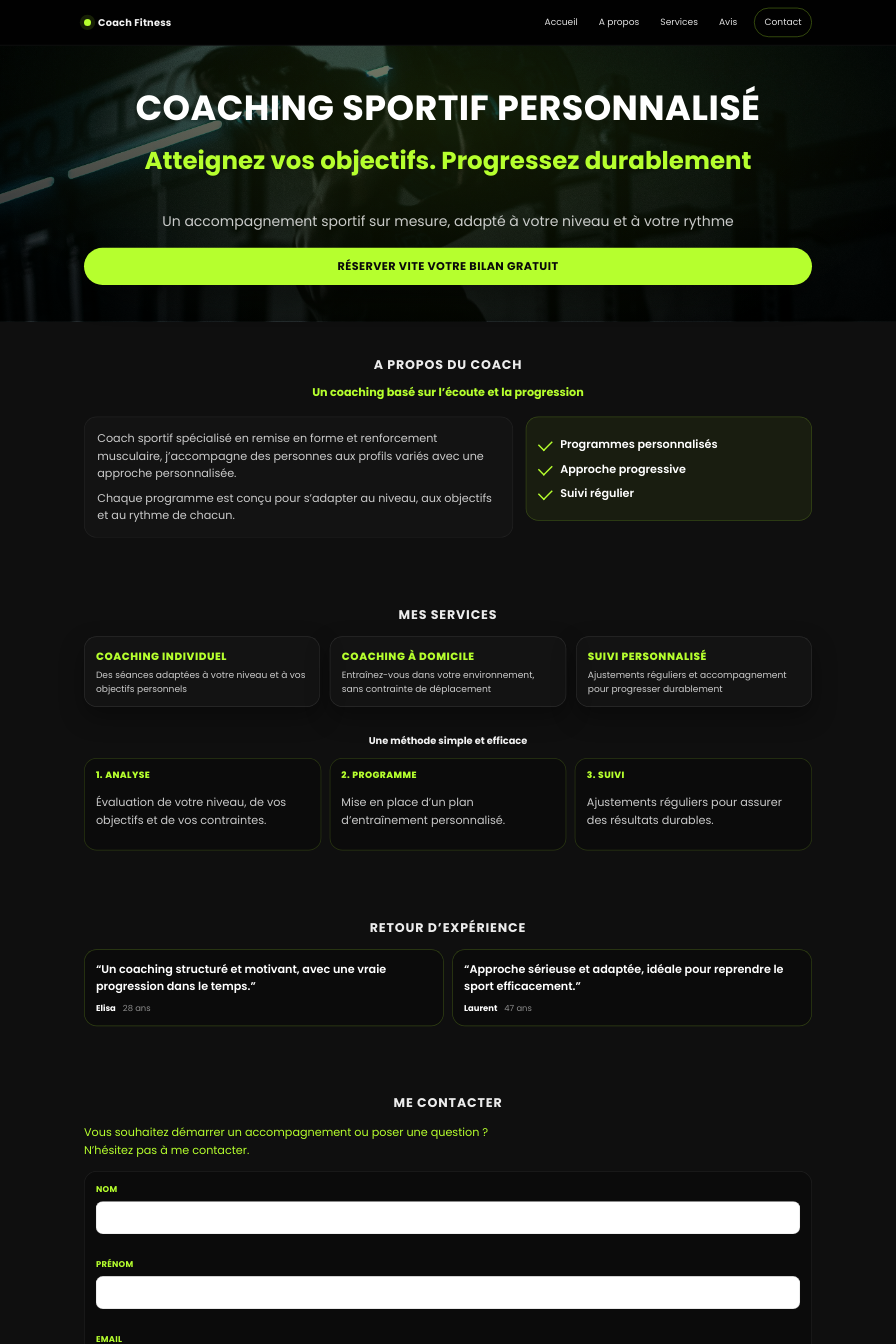
Repository: ThomasHdrd/CoachFitness
Page: index.html
These files come from the project's save history. The page is drawn as it stood at one moment and after a run of saves; the edit follows.
The browser window is 1280 px wide. The pictures show the part of the page from y = 0 to 1920 px (the page is 2863 px tall before and 2871 px after), at 70% of full size.

Above is the page before, as saved 2026-01-20 21:59:46.

### index.html
<!doctype html>
<html lang="fr">
<head>
  <meta charset="utf-8" />
  <meta name="viewport" content="width=device-width, initial-scale=1" />
  <title>Coach Fitness — Landing Page</title>

  <!-- Poppins -->
  <link rel="preconnect" href="https://fonts.googleapis.com">
  <link rel="preconnect" href="https://fonts.gstatic.com" crossorigin>
  <link href="https://fonts.googleapis.com/css2?family=Poppins:wght@300;400;500;600;700;800&display=swap" rel="stylesheet">

  <link rel="stylesheet" href="styles.css" />
</head>
<body>
  <!-- Header -->
  <header class="site-header" id="top">
    <div class="container header-inner">
      <a class="brand" href="#top" aria-label="Retour en haut">
        <span class="brand-dot" aria-hidden="true"></span>
        <span class="brand-text">Coach Fitness</span>
      </a>

      <button class="nav-toggle" aria-controls="site-nav" aria-expanded="false">
        <span class="sr-only">Ouvrir le menu</span>
        <span class="burger" aria-hidden="true"></span>
      </button>

      <nav class="site-nav" id="site-nav" aria-label="Navigation principale">
        <a class="nav-link" href="#accueil">Accueil</a>
        <a class="nav-link" href="#apropos">A propos</a>
        <a class="nav-link" href="#services">Services</a>
        <a class="nav-link" href="#avis">Avis</a>
        <a class="nav-link nav-cta" href="#contact">Contact</a>
      </nav>
    </div>
  </header>

  <main>
    <!-- HERO -->
    <section class="hero" id="accueil">
      <div class="hero-overlay" aria-hidden="true"></div>
      <div class="container hero-content">
        <p class="hero-kicker">Coaching sportif personnalisé</p>
        <h1 class="hero-title accent">Atteignez vos objectifs. Progressez durablement</h1>
        <p class="hero-subtitle">
          Un accompagnement sportif sur mesure, adapté à votre niveau et à votre rythme
        </p>
        <a class="btn btn-primary" href="#contact">RÉSERVER VITE VOTRE BILAN GRATUIT</a>
      </div>
    </section>

    <!-- A PROPOS -->
    <section class="section" id="apropos">
      <div class="container">
        <h2 class="section-title">A PROPOS DU COACH</h2>
        <h3 class="section-lead accent">Un coaching basé sur l’écoute et la progression</h3>

        <div class="about-grid">
          <div class="about-text">
            <p class="muted">
              Coach sportif spécialisé en remise en forme et renforcement musculaire, j’accompagne des personnes aux profils variés
              avec une approche personnalisée.
            </p>
            <p class="muted">
              Chaque programme est conçu pour s’adapter au niveau, aux objectifs et au rythme de chacun.
            </p>
          </div>

          <ul class="checks">
            <li>Programmes personnalisés</li>
            <li>Approche progressive</li>
            <li>Suivi régulier</li>
          </ul>
        </div>
      </div>
    </section>

    <!-- SERVICES -->
    <section class="section" id="services">
      <div class="container">
        <h2 class="section-title">MES SERVICES</h2>

        <div class="cards">
          <article class="card">
            <h3 class="card-title accent">COACHING INDIVIDUEL</h3>
            <p class="card-text">Des séances adaptées à votre niveau et à vos objectifs personnels</p>
          </article>

          <article class="card">
            <h3 class="card-title accent">COACHING À DOMICILE</h3>
            <p class="card-text">Entraînez-vous dans votre environnement, sans contrainte de déplacement</p>
          </article>

          <article class="card">
            <h3 class="card-title accent">SUIVI PERSONNALISÉ</h3>
            <p class="card-text">Ajustements réguliers et accompagnement pour progresser durablement</p>
          </article>
        </div>

        <div class="method">
          <h3 class="method-title">Une méthode simple et efficace</h3>

          <div class="method-steps">
            <div class="step">
              <div class="step-num accent">1. ANALYSE</div>
              <p class="muted">Évaluation de votre niveau, de vos objectifs et de vos contraintes.</p>
            </div>
            <div class="step">
              <div class="step-num accent">2. PROGRAMME</div>
              <p class="muted">Mise en place d’un plan d’entraînement personnalisé.</p>
            </div>
            <div class="step">
              <div class="step-num accent">3. SUIVI</div>
              <p class="muted">Ajustements réguliers pour assurer des résultats durables.</p>
            </div>
          </div>
        </div>
      </div>
    </section>

    <!-- AVIS -->
    <section class="section" id="avis">
      <div class="container">
        <h2 class="section-title">RETOUR D’EXPÉRIENCE</h2>

        <div class="testimonials">
          <figure class="testimonial">
            <blockquote>
              “Un coaching structuré et motivant, avec une vraie progression dans le temps.”
            </blockquote>
            <figcaption>
              <span class="name">Elisa</span>
              <span class="meta">28 ans</span>
            </figcaption>
          </figure>

          <figure class="testimonial">
            <blockquote>
              “Approche sérieuse et adaptée, idéale pour reprendre le sport efficacement.”
            </blockquote>
            <figcaption>
              <span class="name">Laurent</span>
              <span class="meta">47 ans</span>
            </figcaption>
          </figure>
        </div>
      </div>
    </section>

    <!-- CONTACT -->
    <section class="section" id="contact">
      <div class="container">
        <h2 class="section-title">ME CONTACTER</h2>
        <p class="contact-lead accent">
          Vous souhaitez démarrer un accompagnement ou poser une question ?<br />
          N’hésitez pas à me contacter.
        </p>

        <form class="form" id="contactForm" novalidate>
          <div class="field">
            <label for="nom">Nom</label>
            <input id="nom" name="nom" type="text" autocomplete="family-name" required />
            <small class="error" data-error-for="nom"></small>
          </div>

          <div class="field">
            <label for="prenom">Prénom</label>
            <input id="prenom" name="prenom" type="text" autocomplete="given-name" required />
            <small class="error" data-error-for="prenom"></small>
          </div>

          <div class="field">
            <label for="email">Email</label>
            <input id="email" name="email" type="email" autocomplete="email" required />
            <small class="error" data-error-for="email"></small>
          </div>

          <div class="field">
            <label for="message">Message</label>
            <textarea id="message" name="message" rows="5" required></textarea>
            <small class="error" data-error-for="message"></small>
          </div>

          <button class="btn btn-primary btn-wide" type="submit">ENVOYER</button>
          <p class="form-note muted" id="formStatus" role="status" aria-live="polite"></p>
        </form>
      </div>
    </section>

    <!-- FAQ -->
    <section class="section" id="faq">
      <div class="container">
        <h2 class="section-title">QUESTIONS FRÉQUENTES</h2>

        <div class="faq">
          <details class="faq-item" open>
            <summary>À qui s’adresse le coaching ?</summary>
            <div class="faq-body muted">
              Le coaching s’adresse à toute personne souhaitant reprendre le sport, améliorer sa condition physique ou atteindre un objectif précis
              (remise en forme, renforcement musculaire, perte de poids, bien-être). Les programmes sont adaptés au niveau, au rythme et aux contraintes de chacun.
            </div>
          </details>

          <details class="faq-item">
            <summary>Faut-il déjà être sportif pour commencer ?</summary>
            <div class="faq-body muted">
              Non. Le coaching s’adapte à votre niveau actuel. La progression est construite étape par étape, avec une intensité ajustée.
            </div>
          </details>

          <details class="faq-item">
            <summary>Comment se déroule le suivi ?</summary>
            <div class="faq-body muted">
              Après une analyse de votre situation, un programme personnalisé est mis en place puis ajusté régulièrement selon vos retours et votre progression.
            </div>
          </details>

          <details class="faq-item">
            <summary>Le coaching se fait-il à domicile ou en salle ?</summary>
            <div class="faq-body muted">
              Les deux sont possibles. Le format dépend de vos préférences, de votre matériel et de vos contraintes de planning.
            </div>
          </details>

          <details class="faq-item">
            <summary>Le premier échange est-il gratuit ?</summary>
            <div class="faq-body muted">
              Oui. Le premier échange permet de comprendre votre besoin et de déterminer l’accompagnement le plus adapté, sans engagement.
            </div>
          </details>
        </div>
      </div>
    </section>
  </main>

  <!-- Footer -->
  <footer class="site-footer">
    <div class="container footer-inner">
      <p class="footer-tag muted">Coaching personnalisé • Progression durable • Bien-être</p>
      <p class="footer-copy muted">© 2026 Coach Sportif Indépendant • Tous droits réservés.</p>
    </div>
  </footer>

  <script src="app.js" defer></script>
</body>
</html>

### styles.css
:root{
  --bg: #0F0F0F;            /* demandé */
  --bar: rgba(0,0,0,.90);   /* header/footer */
  --accent: #B6FF2E;        /* demandé */
  --text: #FFFFFF;
  --muted: rgba(255,255,255,.78);
  --muted2: rgba(255,255,255,.62);
  --line: rgba(182,255,46,.38);
  --card: rgba(255,255,255,.04);
  --shadow: 0 16px 40px rgba(0,0,0,.45);
  --radius: 14px;
  --radius-lg: 18px;
  --max: 1040px;
}

*{ box-sizing: border-box; }
html{ scroll-behavior: smooth; }
body{
  margin:0;
  font-family: "Poppins", system-ui, -apple-system, Segoe UI, Roboto, Arial, sans-serif;
  background: var(--bg);
  color: var(--text);
}

.container{
  width:min(100% - 40px, var(--max));
  margin-inline:auto;
}

.sr-only{
  position:absolute;
  width:1px;height:1px;
  padding:0;margin:-1px;
  overflow:hidden;clip:rect(0,0,0,0);
  white-space:nowrap;border:0;
}

/* Header */
.site-header{
  position: sticky;
  top: 0;
  z-index: 50;
  background: var(--bar);
  backdrop-filter: blur(8px);
  border-bottom: 1px solid rgba(255,255,255,.06);
}

.header-inner{
  height: 64px;
  display:flex;
  align-items:center;
  justify-content:space-between;
  gap: 14px;
}

.brand{
  display:flex;
  align-items:center;
  gap:10px;
  text-decoration:none;
  color: var(--text);
  font-weight: 700;
  letter-spacing:.3px;
}
.brand-dot{
  width:10px;height:10px;
  border-radius:999px;
  background: var(--accent);
  box-shadow: 0 0 0 6px rgba(182,255,46,.12);
}
.brand-text{ font-size: 14px; opacity:.95; }

.site-nav{
  display:flex;
  align-items:center;
  gap: 18px;
}
.nav-link{
  color: var(--text);
  text-decoration:none;
  font-size: 13px;
  opacity: .88;
  transition: opacity .2s ease, color .2s ease;
  padding: 10px 6px;
}
.nav-link:hover{ opacity:1; color: var(--accent); }

.nav-cta{
  border: 1px solid rgba(182,255,46,.45);
  border-radius: 999px;
  padding: 10px 14px;
}
.nav-cta:hover{
  background: rgba(182,255,46,.10);
}

/* Mobile nav */
.nav-toggle{
  display:none;
  border:0;
  background: transparent;
  color: var(--text);
  padding: 10px;
  border-radius: 10px;
}
.nav-toggle:hover{ background: rgba(255,255,255,.06); }
.burger{
  width: 22px; height: 2px;
  display:block;
  background: var(--text);
  position: relative;
}
.burger::before,.burger::after{
  content:"";
  position:absolute;
  left:0;
  width:22px;height:2px;
  background: var(--text);
}
.burger::before{ top:-7px; }
.burger::after{ top:7px; }

/* Hero */
.hero{
  position: relative;
  min-height: 50vh;
  display:flex;
  align-items:center;
  padding: 52px 0;
  background:
    linear-gradient(180deg, rgba(0,0,0,.55), rgba(0,0,0,.88)),
    url("assets/hero.jpg") center/cover no-repeat;
  background-position: center 30%;
}
.hero-overlay{
  position:absolute;
  inset:0;
  background: radial-gradient(1200px 600px at 50% 25%, rgba(182,255,46,.10), transparent 60%);
  pointer-events:none;
}
.hero-content{
  position:relative;
  text-align:center;
}
.hero-kicker{
  margin:0 0 10px;
  font-size: 50px;
  letter-spacing: .6px;
  text-transform: uppercase;
  font-weight: bold;
}
.hero-title{
  margin: 0 auto;
  font-size: 35px;
}
.hero-title .accent{
  display:block;
  color: var(--accent);
  font-weight: 800;
  text-transform:none;
  margin-top: 8px;
}
.hero-subtitle{
  margin: 16px auto 22px;
  padding-top: 30px;
  color: var(--muted);
  font-size: 20px;
  line-height: 1.55;
}

/* Buttons */
.btn{
  display:inline-flex;
  align-items:center;
  justify-content:center;
  gap:10px;
  text-decoration:none;
  border: 0;
  cursor:pointer;
  font-weight: 700;
  letter-spacing: .6px;
  text-transform: uppercase;
  border-radius: 999px;
  padding: 14px 18px;
  box-shadow: var(--shadow);
}
.btn-primary{
  background: var(--accent);
  color: #0A0A0A;
  width: 100%;
}
.btn-primary:hover{ filter: brightness(.95); }
.btn-wide{ width: 100%; margin-top: 10px; }

/* Sections */
.section{
  padding: 48px 0;
}
.section-title{
  text-align:center;
  margin: 0 0 14px;
  font-size: 18px;
  letter-spacing: 1.2px;
  text-transform: uppercase;
  opacity: .92;
}
.section-lead{
  text-align:center;
  margin: 0 0 22px;
  font-size: 16px;
  font-weight: 700;
}
.accent{ color: var(--accent); }
.muted{ color: var(--muted); }
.muted2{ color: var(--muted2); }

/* About */
.about-grid{
  display:grid;
  gap: 18px;
  align-items:start;
}
.about-text{
  background: rgba(255,255,255,.02);
  border: 1px solid rgba(255,255,255,.06);
  border-radius: var(--radius-lg);
  padding: 18px;
}
.about-text p{ margin: 0 0 10px; }
.about-text p:last-child{ margin-bottom: 0; }

.checks{
  list-style:none;
  margin:0;
  padding: 16px 18px;
  border-radius: var(--radius-lg);
  border: 1px solid rgba(182,255,46,.20);
  background: rgba(182,255,46,.06);
}
.checks li{
  position: relative;
  padding-left: 30px;
  margin: 10px 0;
  font-weight: 600;
}
.checks li::before{
  content:"";
  position:absolute;
  left:0; top: 6px;
  width: 16px; height: 10px;
  border-left: 2px solid var(--accent);
  border-bottom: 2px solid var(--accent);
  transform: rotate(-45deg);
}

/* Cards */
.cards{
  display:grid;
  gap: 14px;
  margin-top: 18px;
}
.card{
  background: rgba(255,255,255,.02);
  border: 1px solid rgba(255,255,255,.10);
  border-radius: var(--radius-lg);
  padding: 16px 16px 14px;
  box-shadow: 0 14px 34px rgba(0,0,0,.35);
}
.card-title{
  margin:0 0 6px;
  font-size: 15px;
  font-weight: 800;
  text-transform: uppercase;
  letter-spacing: .8px;
}
.card-text{
  margin:0;
  color: var(--muted);
  font-size: 13px;
  line-height: 1.55;
}

/* Method */
.method{
  margin-top: 26px;
  padding-top: 12px;
}
.method-title{
  text-align:center;
  margin: 0 0 14px;
  font-size: 14px;
  font-weight: 700;
  opacity: .95;
}
.method-steps{
  display:grid;
  gap: 12px;
}
.step{
  border: 1px solid rgba(182,255,46,.18);
  background: rgba(0,0,0,.25);
  border-radius: var(--radius-lg);
  padding: 14px 16px;
}
.step-num{
  font-weight: 800;
  letter-spacing: .6px;
  text-transform: uppercase;
  font-size: 13px;
  margin-bottom: 6px;
}

/* Testimonials */
.testimonials{
  display:grid;
  gap: 12px;
  margin-top: 18px;
}
.testimonial{
  margin:0;
  border: 1px solid rgba(182,255,46,.22);
  background: rgba(0,0,0,.25);
  border-radius: var(--radius-lg);
  padding: 16px;
}
.testimonial blockquote{
  margin:0 0 10px;
  color: var(--text);
  font-weight: 600;
  line-height: 1.5;
}
.testimonial figcaption{
  display:flex;
  gap: 10px;
  align-items:baseline;
  color: var(--muted2);
  font-size: 12px;
}
.testimonial .name{ color: var(--text); font-weight: 700; }
.testimonial .meta{ opacity:.85; }

/* Form */
.form{
  margin-top: 18px;
  border-radius: var(--radius-lg);
  border: 1px solid rgba(255,255,255,.08);
  background: rgba(0,0,0,.25);
  padding: 16px;
}
.field{ margin-bottom: 12px; }
label{
  display:block;
  font-size: 12px;
  font-weight: 700;
  letter-spacing: .4px;
  margin-bottom: 8px;
  color: var(--accent);
  text-transform: uppercase;
}
input, textarea{
  width:100%;
  font-family: inherit;
  font-size: 14px;
  color: #0A0A0A;
  background: #FFFFFF;
  border: 1px solid rgba(0,0,0,.12);
  border-radius: 10px;
  padding: 12px 12px;
  outline: none;
}
textarea{ resize: vertical; min-height: 110px; }
input:focus, textarea:focus{
  box-shadow: 0 0 0 4px rgba(182,255,46,.20);
  border-color: rgba(182,255,46,.55);
}
.error{
  display:block;
  min-height: 16px;
  margin-top: 6px;
  font-size: 12px;
  color: #FF6B6B;
}
.form-note{
  margin: 10px 0 0;
  font-size: 12px;
}

/* FAQ */
.faq{
  margin-top: 18px;
  border-radius: var(--radius-lg);
  overflow:hidden;
  border: 1px solid rgba(182,255,46,.16);
  background: rgba(0,0,0,.25);
}
.faq-item{
  border-top: 1px solid rgba(182,255,46,.12);
}
.faq-item:first-child{ border-top: 0; }
.faq-item summary{
  list-style:none;
  cursor:pointer;
  padding: 14px 16px;
  font-weight: 700;
  font-size: 13px;
  position: relative;
}
.faq-item summary::-webkit-details-marker{ display:none; }
.faq-item summary::after{
  content:"+";
  position:absolute;
  right: 16px;
  top: 10px;
  width: 28px; height: 28px;
  display:grid;
  place-items:center;
  border-radius: 999px;
  color: var(--accent);
  border: 1px solid rgba(182,255,46,.28);
  background: rgba(182,255,46,.08);
}
.faq-item[open] summary::after{ content:"–"; }
.faq-body{
  padding: 0 16px 16px;
  font-size: 13px;
  line-height: 1.6;
}

/* Footer */
.site-footer{
  background: var(--bar);
  border-top: 1px solid rgba(255,255,255,.06);
  padding: 18px 0;
}
.footer-inner{
  text-align:center;
  display:grid;
  gap: 8px;
}
.footer-tag, .footer-copy{
  margin:0;
  font-size: 12px;
}

/* Responsive */
@media (min-width: 820px){
  .hero-content{ text-align:center; }
  .about-grid{
    grid-template-columns: 1.2fr .8fr;
    gap: 18px;
  }
  .cards{
    grid-template-columns: repeat(3, 1fr);
  }
  .method-steps{
    grid-template-columns: repeat(3, 1fr);
  }
  .testimonials{
    grid-template-columns: repeat(2, 1fr);
  }
}

/* Mobile nav behavior */
@media (max-width: 760px){
  .nav-toggle{ display:inline-flex; }
  .site-nav{
    position: fixed;
    inset: 64px 12px auto 12px;
    background: rgba(0,0,0,.95);
    border: 1px solid rgba(255,255,255,.08);
    border-radius: 16px;
    padding: 12px;
    display:none;
    flex-direction: column;
    gap: 6px;
    box-shadow: 0 18px 50px rgba(0,0,0,.6);
  }
  .site-nav.is-open{ display:flex; }
  .nav-link{ width:100%; text-align:center; padding: 12px; }
  .nav-cta{ width:100%; }
}

### app.js
// Mobile menu toggle
const toggle = document.querySelector('.nav-toggle');
const nav = document.querySelector('#site-nav');

if (toggle && nav) {
  toggle.addEventListener('click', () => {
    const isOpen = nav.classList.toggle('is-open');
    toggle.setAttribute('aria-expanded', String(isOpen));
  });

  // Close menu on link click (mobile)
  nav.querySelectorAll('a').forEach(a => {
    a.addEventListener('click', () => {
      nav.classList.remove('is-open');
      toggle.setAttribute('aria-expanded', 'false');
    });
  });

  // Close on ESC
  document.addEventListener('keydown', (e) => {
    if (e.key === 'Escape') {
      nav.classList.remove('is-open');
      toggle.setAttribute('aria-expanded', 'false');
    }
  });
}

// FAQ: allow only one open at a time (optional premium behavior)
const faqItems = document.querySelectorAll('.faq-item');
faqItems.forEach((item) => {
  item.addEventListener('toggle', () => {
    if (item.open) {
      faqItems.forEach((other) => {
        if (other !== item) other.open = false;
      });
    }
  });
});

// Contact form validation (front only, demo)
const form = document.getElementById('contactForm');
const statusEl = document.getElementById('formStatus');

function setError(name, message) {
  const el = document.querySelector(`[data-error-for="${name}"]`);
  if (el) el.textContent = message || '';
}

function isEmail(v) {
  return /^[^\s@]+@[^\s@]+\.[^\s@]+$/.test(v);
}

if (form) {
  form.addEventListener('submit', (e) => {
    e.preventDefault();

    const data = new FormData(form);
    const nom = String(data.get('nom') || '').trim();
    const prenom = String(data.get('prenom') || '').trim();
    const email = String(data.get('email') || '').trim();
    const message = String(data.get('message') || '').trim();

    let ok = true;

    setError('nom', '');
    setError('prenom', '');
    setError('email', '');
    setError('message', '');
    if (statusEl) statusEl.textContent = '';

    if (!nom) { setError('nom', 'Veuillez renseigner votre nom.'); ok = false; }
    if (!prenom) { setError('prenom', 'Veuillez renseigner votre prénom.'); ok = false; }
    if (!email || !isEmail(email)) { setError('email', 'Veuillez renseigner un email valide.'); ok = false; }
    if (!message || message.length < 10) { setError('message', 'Veuillez écrire un message (min. 10 caractères).'); ok = false; }

    if (!ok) return;

    // Demo success
    form.reset();
    if (statusEl) statusEl.textContent = "Message envoyé (démo). Je reviens vers vous au plus vite.";
  });
}

After the next 3 saves:
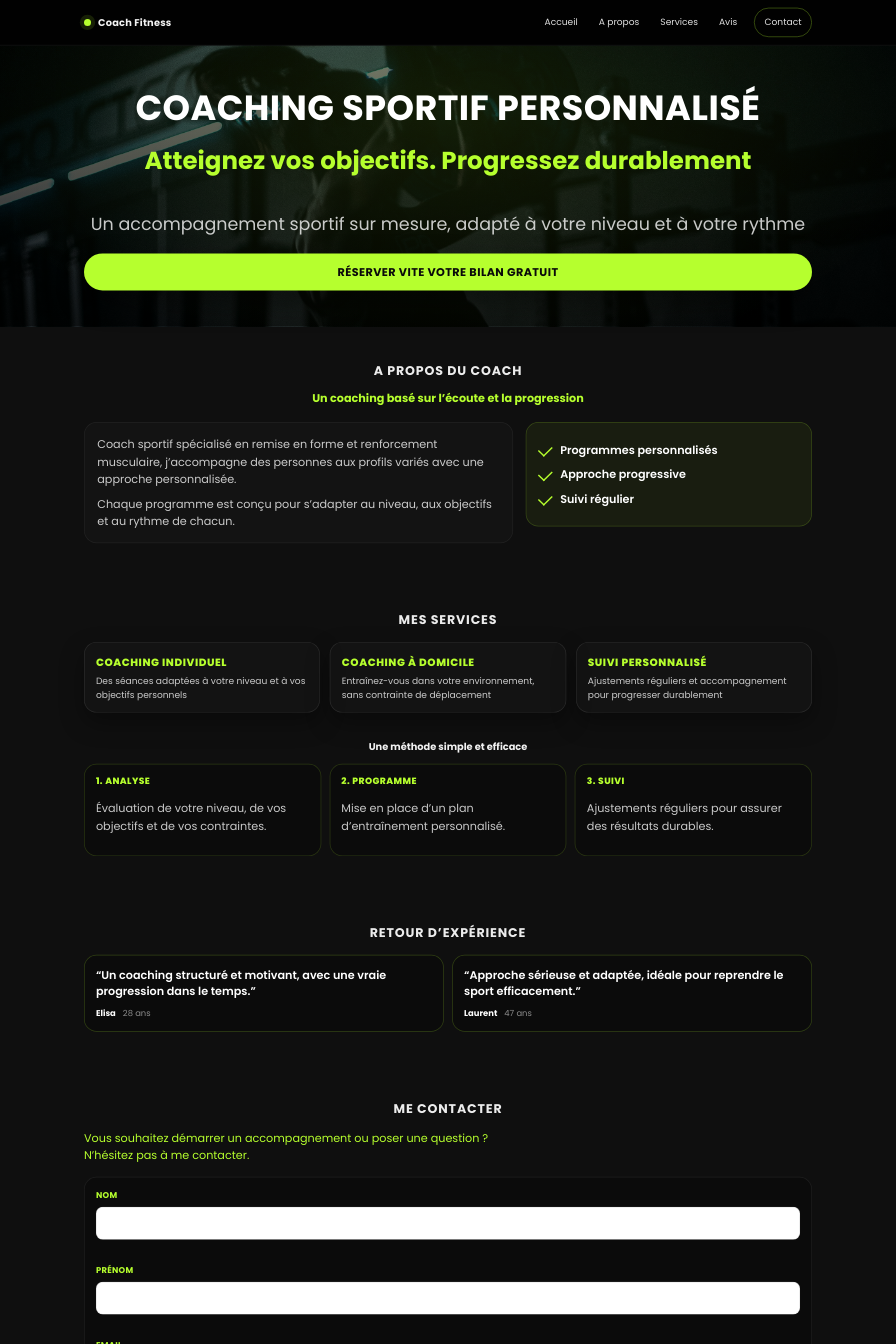
The 3 saves are shown as one change because they came seconds apart.
The last was saved 14 s later.
--- a/styles.css
+++ b/styles.css
@@ -164,7 +164,7 @@ body{
   margin: 16px auto 22px;
   padding-top: 30px;
   color: var(--muted);
-  font-size: 20px;
+  font-size: 25px;
   line-height: 1.55;
 }
 
